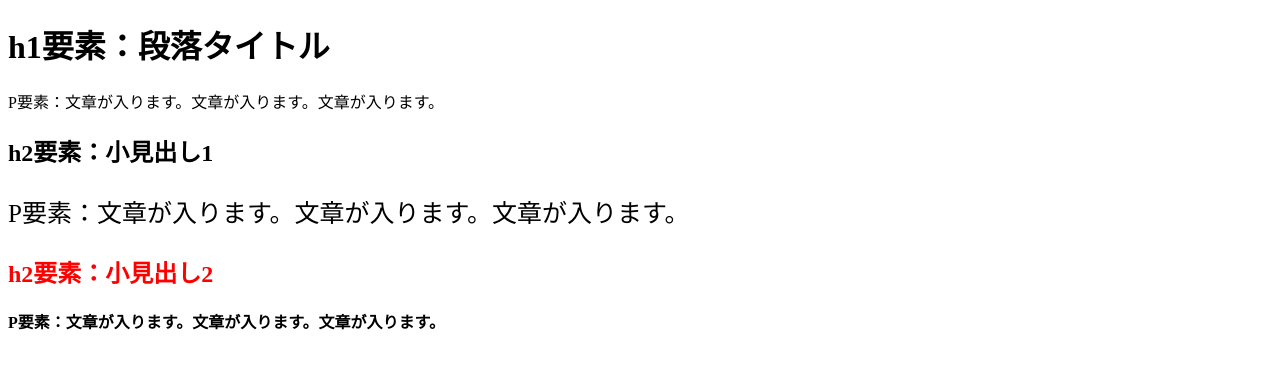
Repository: shota-123/samurai_HTML-CSS
Page: index.html
The author's editor kept a record of every edit. The page is drawn from the files as they stood at one moment, then again after the next edit.
The browser window is 1280 px wide. The pictures show the whole page.

Above is the page before.

After the next edit:
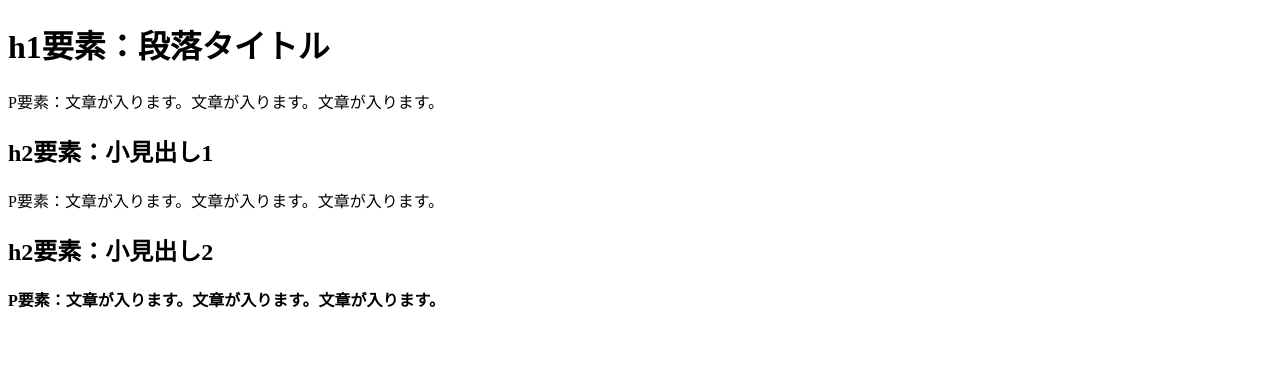
The edit:
--- a/index.html
+++ b/index.html
@@ -5,17 +5,12 @@
         <meta name="viewport" content="width=device-width, initial-scale=1.0">
         <meta http-equiv="X-UA-Compatible" content="ie=edge">
         <title>HTML/CSSの学習</title>
-        <style>
-            #red {
-                color: red;
-            }
-        </style>
     </head>
     <body>
         <h1 class="blue">h1要素：段落タイトル</h1>
         <p>P要素：文章が入ります。文章が入ります。文章が入ります。</p>
         <h2 class="blue">h2要素：小見出し1</h2>
-        <p style="font-size: 25px;">
+        <p style="fs-25">
             P要素：文章が入ります。文章が入ります。文章が入ります。
         </p>
         <h2 id="red">h2要素：小見出し2</h2>
